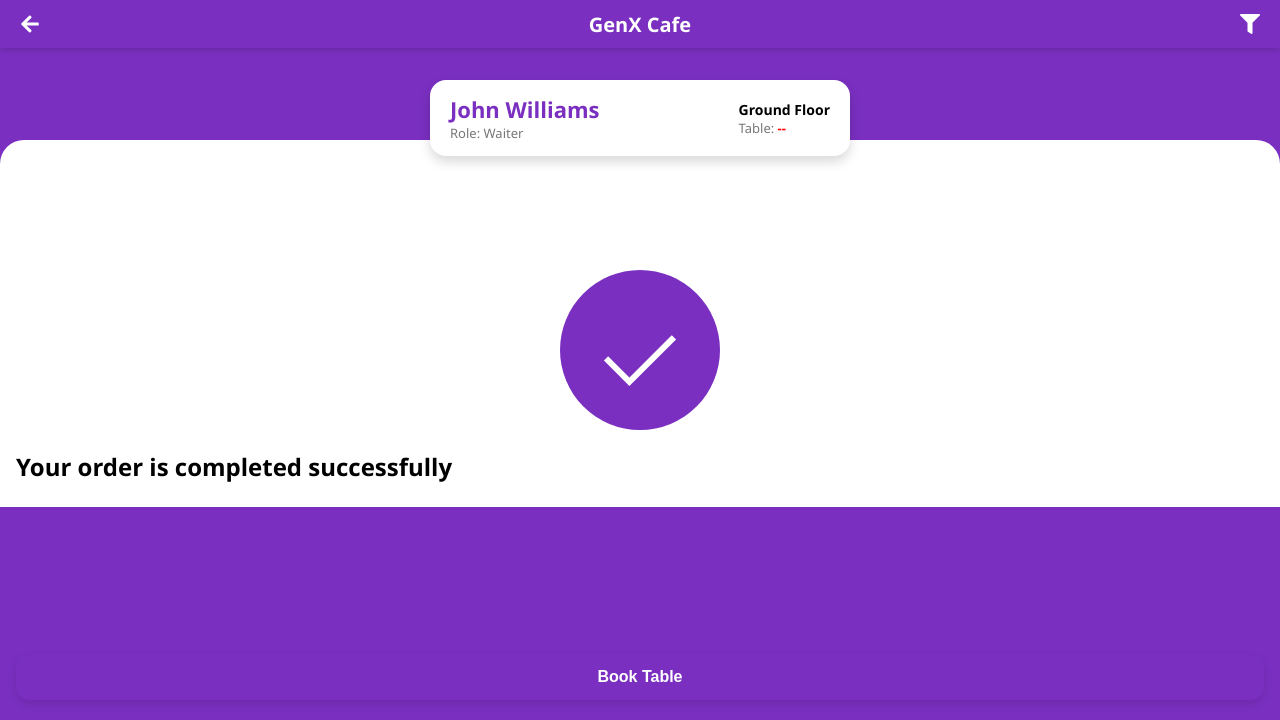
Repository: rajeshwaranslv/sturdy-spork-genx-frontend
Page: /success
The author's editor kept a copy of each file at every save. The page is drawn from the files as they stood at one save, then again after a run of saves.
The browser window is 1280 px wide. The pictures show the whole page.
The project was rebuilt for these pictures with package versions that can differ from the ones it lists, and the page was loaded fresh each time. Also part of the build but not shown: src/components/TableSelection.js, src/components/menu.css, src/components/MenuSelection.js, src/components/order.css, src/components/OrderReview.js, src/components/Billing.js.

Above is the page before, as saved 2025-07-16 17:37:22.

After the next 2 saves:
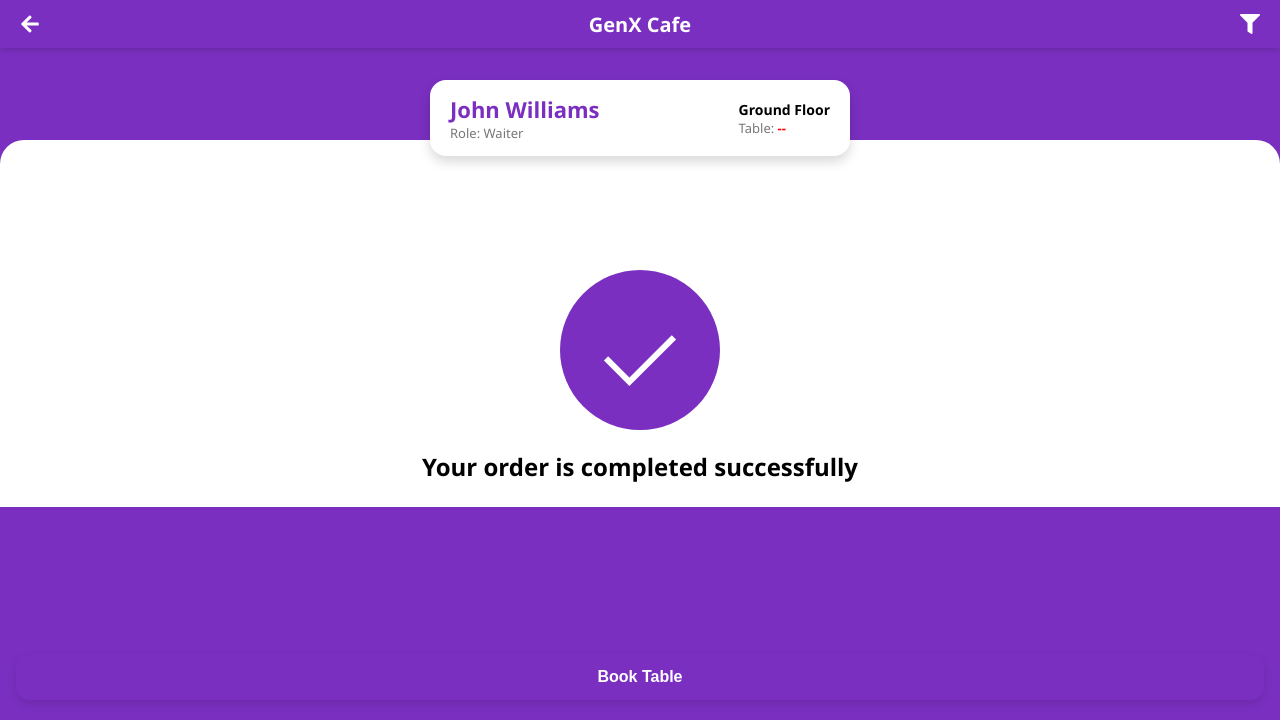
The 2 saves are shown as one change because 1 did not build or start.
The last was saved 28 s later.
--- a/src/components/Success.js
+++ b/src/components/Success.js
@@ -50,7 +50,7 @@ function Success({ history, location }) {
         <div className="checkmark-circle">
           <div className="checkmark" />
         </div>
-        <h2 className="success-text">Your order is completed successfully</h2>
+        <h2 className="success-text" style={{textAlign:"center"}}>Your order is completed successfully</h2>
       </div>
 
       {/* ✅ Footer Button */}
